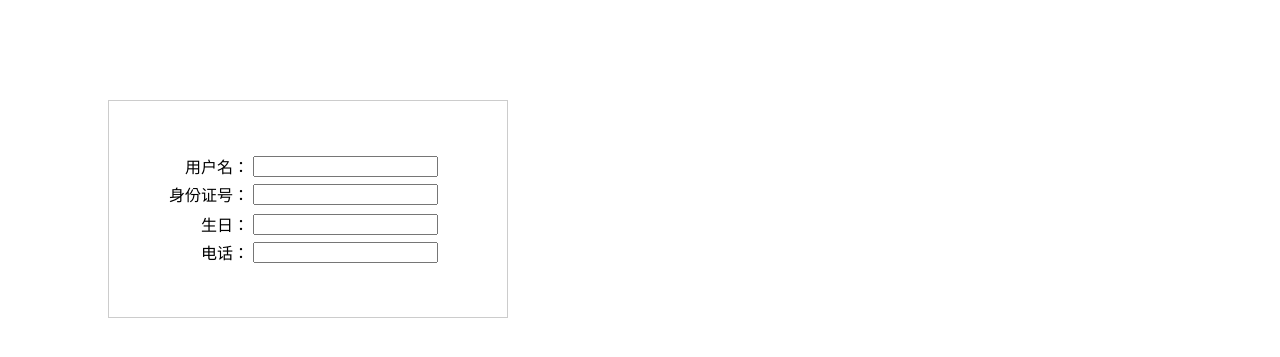
Repository: showmore/study
Page: http://localhost/MyWebProject/
These files come from the project's save history. The page is drawn as it stood at one moment and after the next save; the edit follows.
The browser window is 1280 px wide. The pictures show the whole page.
The page is served by Tomcat 9.

Above is the page before, as saved 2018-12-23 10:03:40.

After the next save:
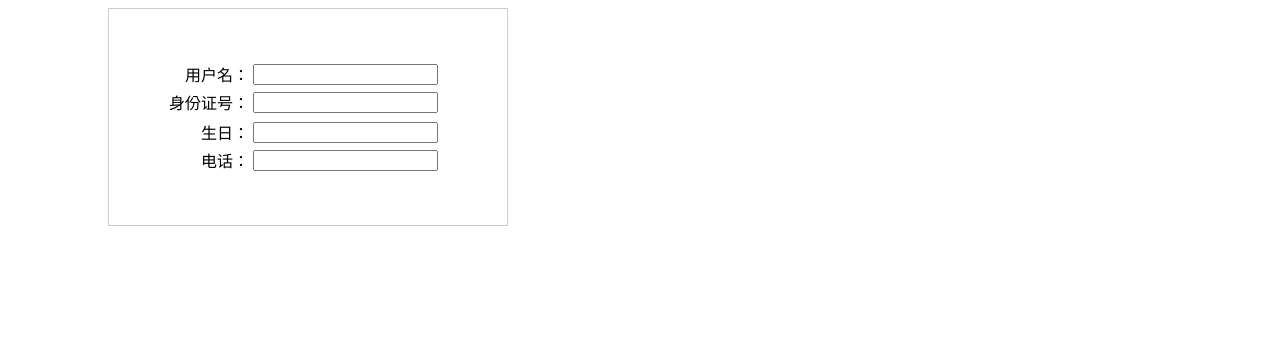
Saved 28 s later.
--- a/MyWebProject/WebContent/index.jsp
+++ b/MyWebProject/WebContent/index.jsp
@@ -8,7 +8,7 @@
 </head>
 <body>
 
-	<table style="margin:100px; padding:50px; border: 1px #ccc solid; width:400px;">
+	<table style="margin:0 100px; padding:50px; border: 1px #ccc solid; width:400px;">
 		<tr>
 		  <td style="text-align:right;">用户名：</td>
 		  <td style="text-align:left;"><input type="text" name="username" /></td>
